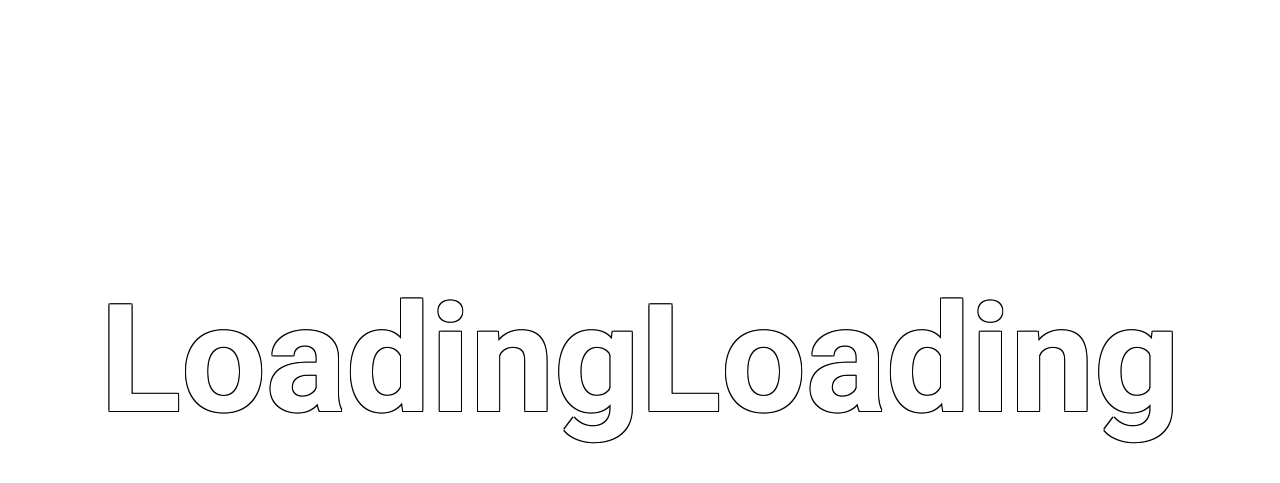
Repository: safak/animation
Page: index-4.html
An editor plug-in stored every save of this project. The page is shown before and after the next save, followed by the edit.
The browser window is 1280 px wide. The pictures show the whole page.

Above is the page before, as saved 2020-12-17 00:33:15.

### index-4.html
<html lang="en">
  <head>
    <meta charset="UTF-8" />
    <meta name="viewport" content="width=device-width, initial-scale=1.0" />
    <link rel="stylesheet" href="style.css" />
    <link
      href="https://fonts.googleapis.com/css2?family=Roboto:wght@300;400;500;700;900&display=swap"
      rel="stylesheet"
    />
    <link
      rel="stylesheet"
      href="https://cdnjs.cloudflare.com/ajax/libs/font-awesome/5.15.1/css/all.min.css"
      integrity="sha512-+4zCK9k+qNFUR5X+cKL9EIR+ZOhtIloNl9GIKS57V1MyNsYpYcUrUeQc9vNfzsWfV28IaLL3i96P9sdNyeRssA=="
      crossorigin="anonymous"
    />
    <title>Document</title>
  </head>
  <body>
      <h1>Loading</h1>
    </div>
  </body>
</html>

### style.css
* {
  margin: 0;
}

body {
  display: flex;
  align-items: center;
  justify-content: center;
  font-family: "Roboto", sans-serif;
}

.container {
  width: 300px;
  height: 300px;
  display: flex;
  flex-direction: column;
  align-items: center;
  justify-content: center;
}

/* PAGE1

h1{
  color: coral;
}

.circle-container {
  display: flex;
}

.circle {
  width: 20px;
  height: 20px;
  border-radius: 50%;
  margin: 10px;
  animation: loading 1s infinite;
  opacity: 0;
}

.circle-1{
  background-color: tomato;
}

.circle-2{
  background-color: salmon;
}

.circle-3{
  background-color: coral;
}

@keyframes loading {
  100% {
    opacity: 1;
  }
} */

/* PAGE2

h1 {
  color: coral;
}

.circle-container {
  display: flex;
}

.circle {
  width: 20px;
  height: 20px;
  border-radius: 50%;
  margin: 10px;
  animation: loading .5s infinite alternate;
}

.circle-1 {
  background-color: tomato;
}

.circle-2 {
  background-color: salmon;
}

.circle-3 {
  background-color: coral;
}

@keyframes loading {
  25% {
    transform: translate(10px, -10px);
  }
  50% {
    transform: translate(20px, -20px);
  }
  75% {
    transform: translate(30px, -10px);
  }
  100% {
    transform: translate(30px, 0px);
  }
} */

/* PAGE3

h1 {
  color: coral;
  font-weight: 300;
  margin-top: ;
}

.circle-container {
  display: flex;
  border-bottom: 2px solid lightcoral;
  padding: 0px;
}

.circle {
  width: 20px;
  height: 20px;
  border-radius: 50%;
  margin: 0px 10px;
  animation: loading 0.5s infinite alternate;
}

.circle-1 {
  background-color: tomato;
}

.circle-2 {
  background-color: salmon;
  animation-delay: 0.1s;
}

.circle-3 {
  background-color: coral;
  animation-delay: .2s;
}

@keyframes loading {
  100% {
    transform: translateY(-100px);
  }
} */

/* PAGE3 */

h1 {
  font-size: 150px;
  width: 100%;
  height: 100%;
  display: flex;
  align-items: center;
  justify-content: center;
  text-shadow: -1px -1px 0 #000, 1px -1px 0 #000, -1px 1px 0 #000,
    1px 1px 0 #000;
    color: white;
}

h1::before{
  content:"Loading"
}

After the next save:
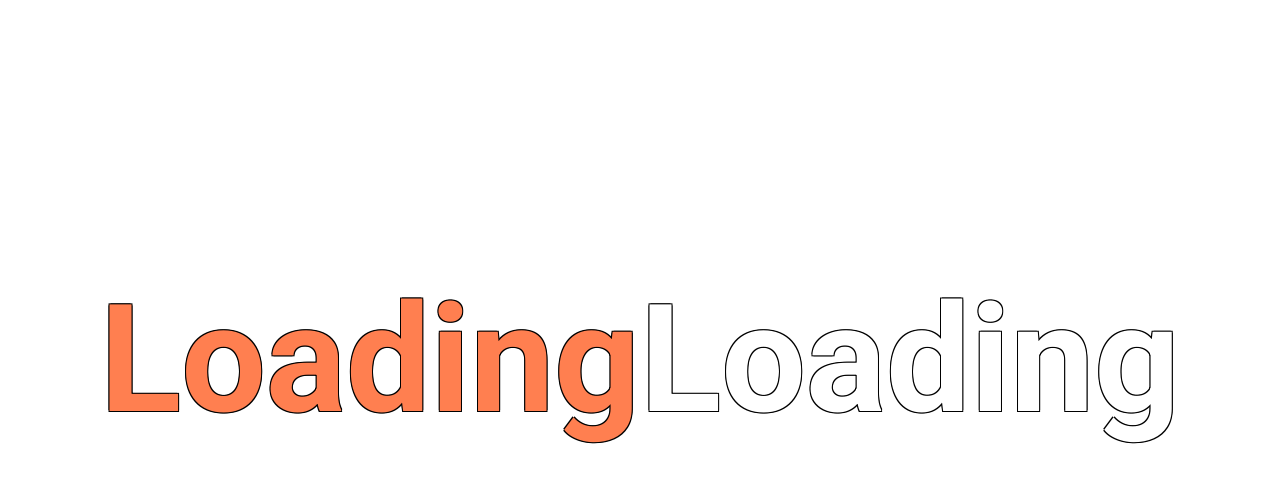
Saved 35 s later.
--- a/style.css
+++ b/style.css
@@ -153,9 +153,10 @@ h1 {
   justify-content: center;
   text-shadow: -1px -1px 0 #000, 1px -1px 0 #000, -1px 1px 0 #000,
     1px 1px 0 #000;
-    color: white;
+  color: white;
 }
 
-h1::before{
-  content:"Loading"
+h1::before {
+  content: "Loading";
+  color: coral;
 }
